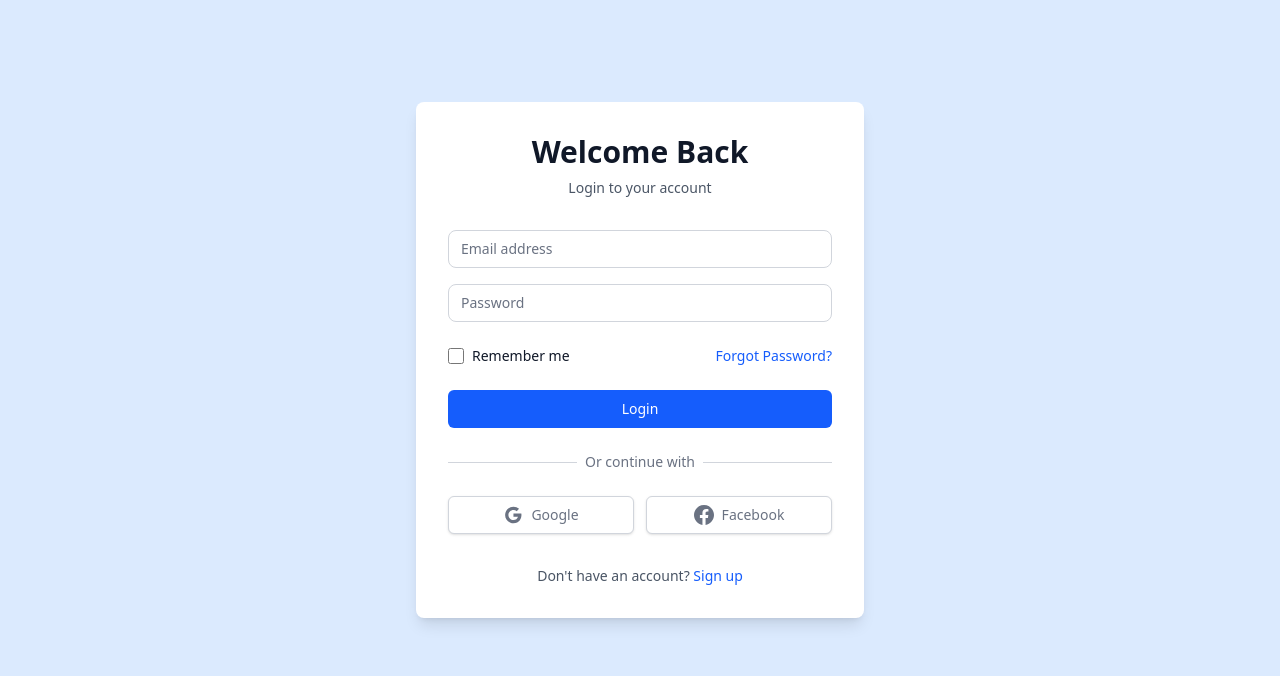
Repository: iamsirajacharya/FYP_Photographer_Booking_system
Page: /login (app in FrontEnd/)
An editor plug-in stored every save of this project. The page is shown before and after a run of saves, followed by the edit.
The browser window is 1280 px wide. The pictures show the whole page.
The project was rebuilt for these pictures with package versions that can differ from the ones it lists, and the page was loaded fresh each time. Also part of the build but not shown: FrontEnd/src/components/Authentication/Register.jsx, FrontEnd/src/components/Dashboard/Banner.jsx, FrontEnd/src/components/Dashboard/Navbar.jsx, FrontEnd/src/components/Dashboard/Home.jsx.

Above is the page before, as saved 2025-02-22 23:16:07.

### FrontEnd/index.html
<!DOCTYPE html>
<html lang="en">
  <head>
    <meta charset="UTF-8" />
    <link rel="icon" type="image/svg+xml" href="/vite.svg" />
    <meta name="viewport" content="width=device-width, initial-scale=1.0" />
    <title>Vite + React</title>
    <link href="/src/index.css" rel="stylesheet" />
  </head>
  <body>
    <div id="root"></div>
    <script type="module" src="/src/main.jsx"></script>
  </body>
</html>

### FrontEnd/src/main.jsx
import React from "react";
import { StrictMode } from "react";
import { createRoot } from "react-dom/client";
import "./index.css";
import App from "./App.jsx";
import { BrowserRouter } from "react-router";

createRoot(document.getElementById("root")).render(
  <BrowserRouter>
    <App />
  </BrowserRouter>
);

### FrontEnd/src/App.jsx
import React from "react";
import { Routes, Route } from "react-router";
import Register from "../src/components/Authentication/Register";
import Home from "../src/components/Dashboard/Home";
import Login from "../src/components/Authentication/Login";

function App() {
  return (
    <Routes>
      <Route path="/" element={<Home />} />
      <Route path="/register" element={<Register />} />
      <Route path="/login" element={<Login />} />
    </Routes>
  );
}

export default App;

### FrontEnd/src/components/Authentication/Login.jsx
import React, { useState } from "react";
import { Link, useNavigate } from "react-router-dom";
import { logo } from "../../assets/logo.jpg";

const Login = () => {
  const navigate = useNavigate();
  const [formData, setFormData] = useState({
    email: "",
    password: "",
    rememberMe: false,
  });
  const [errors, setErrors] = useState({});
  const [isLoading, setIsLoading] = useState(false);

  const validateForm = () => {
    const newErrors = {};

    // Email validation
    if (!formData.email) {
      newErrors.email = "Email is required";
    } else if (!/\S+@\S+\.\S+/.test(formData.email)) {
      newErrors.email = "Please enter a valid email";
    }

    // Password validation
    if (!formData.password) {
      newErrors.password = "Password is required";
    } else if (formData.password.length < 6) {
      newErrors.password = "Password must be at least 6 characters";
    }

    setErrors(newErrors);
    return Object.keys(newErrors).length === 0;
  };

  const handleChange = (e) => {
    const { name, value, type, checked } = e.target;
    setFormData((prev) => ({
      ...prev,
      [name]: type === "checkbox" ? checked : value,
    }));
    // Clear error when user starts typing
    if (errors[name]) {
      setErrors((prev) => ({
        ...prev,
        [name]: "",
      }));
    }
  };

  const handleSubmit = async (e) => {
    e.preventDefault();

    if (!validateForm()) {
      return;
    }

    setIsLoading(true);
    try {
      // Simulate API call
      await new Promise((resolve) => setTimeout(resolve, 1000));

      // Handle successful login
      console.log("Login successful");
      navigate("/dashboard");
    } catch (error) {
      setErrors({
        submit: "Failed to login. Please try again.",
      });
    } finally {
      setIsLoading(false);
    }
  };

  const handleSocialLogin = (provider) => {
    console.log(`Logging in with ${provider}`);
    // Implement social login logic here
  };

  return (
    <div className="min-h-screen flex items-center justify-center bg-blue-100 py-12 px-4 sm:px-6 lg:px-8">
      <div className="max-w-md w-full space-y-8 bg-white p-8 rounded-lg shadow-lg">
        <div className="text-center">
          <img src="" alt="" />
          <h2 className="text-3xl font-bold text-gray-900">Welcome Back</h2>
          <p className="mt-2 text-sm text-gray-600">Login to your account</p>
        </div>

        <form className="mt-8 space-y-6" onSubmit={handleSubmit}>
          <div className="space-y-4">
            <div>
              <label htmlFor="email" className="sr-only">
                Email address
              </label>
              <div className="relative">
                <input
                  id="email"
                  name="email"
                  type="email"
                  value={formData.email}
                  onChange={handleChange}
                  className={`appearance-none rounded-lg relative block w-full px-3 py-2 border ${
                    errors.email ? "border-red-500" : "border-gray-300"
                  } placeholder-gray-500 text-gray-900 focus:outline-none focus:ring-blue-500 focus:border-blue-500 focus:z-10 sm:text-sm`}
                  placeholder="Email address"
                />
                {errors.email && (
                  <p className="mt-1 text-xs text-red-500">{errors.email}</p>
                )}
              </div>
            </div>

            <div>
              <label htmlFor="password" className="sr-only">
                Password
              </label>
              <div className="relative">
                <input
                  id="password"
                  name="password"
                  type="password"
                  value={formData.password}
                  onChange={handleChange}
                  className={`appearance-none rounded-lg relative block w-full px-3 py-2 border ${
                    errors.password ? "border-red-500" : "border-gray-300"
                  } placeholder-gray-500 text-gray-900 focus:outline-none focus:ring-blue-500 focus:border-blue-500 focus:z-10 sm:text-sm`}
                  placeholder="Password"
                />
                {errors.password && (
                  <p className="mt-1 text-xs text-red-500">{errors.password}</p>
                )}
              </div>
            </div>
          </div>

          <div className="flex items-center justify-between">
            <div className="flex items-center">
              <input
                id="remember-me"
                name="rememberMe"
                type="checkbox"
                checked={formData.rememberMe}
                onChange={handleChange}
                className="h-4 w-4 text-blue-600 focus:ring-blue-500 border-gray-300 rounded"
              />
              <label
                htmlFor="remember-me"
                className="ml-2 block text-sm text-gray-900"
              >
                Remember me
              </label>
            </div>

            <div className="text-sm">
              <Link
                to="/forgot-password"
                className="font-medium text-blue-600 hover:text-blue-500"
              >
                Forgot Password?
              </Link>
            </div>
          </div>

          {errors.submit && (
            <p className="text-sm text-center text-red-500">{errors.submit}</p>
          )}

          <button
            type="submit"
            disabled={isLoading}
            className="group relative w-full flex justify-center py-2 px-4 border border-transparent text-sm font-medium rounded-md text-white bg-blue-600 hover:bg-blue-700 focus:outline-none focus:ring-2 focus:ring-offset-2 focus:ring-blue-500 disabled:opacity-50"
          >
            {isLoading ? (
              <span className="flex items-center">
                <svg
                  className="animate-spin -ml-1 mr-3 h-5 w-5 text-white"
                  xmlns="http://www.w3.org/2000/svg"
                  fill="none"
                  viewBox="0 0 24 24"
                >
                  <circle
                    className="opacity-25"
                    cx="12"
                    cy="12"
                    r="10"
                    stroke="currentColor"
                    strokeWidth="4"
                  ></circle>
                  <path
                    className="opacity-75"
                    fill="currentColor"
                    d="M4 12a8 8 0 018-8V0C5.373 0 0 5.373 0 12h4zm2 5.291A7.962 7.962 0 014 12H0c0 3.042 1.135 5.824 3 7.938l3-2.647z"
                  ></path>
                </svg>
                Loading...
              </span>
            ) : (
              "Login"
            )}
          </button>

          <div className="mt-6">
            <div className="relative">
              <div className="absolute inset-0 flex items-center">
                <div className="w-full border-t border-gray-300"></div>
              </div>
              <div className="relative flex justify-center text-sm">
                <span className="px-2 bg-white text-gray-500">
                  Or continue with
                </span>
              </div>
            </div>

            <div className="mt-6 grid grid-cols-2 gap-3">
              <button
                type="button"
                onClick={() => handleSocialLogin("Google")}
                className="w-full inline-flex justify-center py-2 px-4 border border-gray-300 rounded-md shadow-sm bg-white text-sm font-medium text-gray-500 hover:bg-gray-50"
              >
                <svg className="w-5 h-5" viewBox="0 0 24 24">
                  <path
                    fill="currentColor"
                    d="M12.545,10.239v3.821h5.445c-0.712,2.315-2.647,3.972-5.445,3.972c-3.332,0-6.033-2.701-6.033-6.032s2.701-6.032,6.033-6.032c1.498,0,2.866,0.549,3.921,1.453l2.814-2.814C17.503,2.988,15.139,2,12.545,2C7.021,2,2.543,6.477,2.543,12s4.478,10,10.002,10c8.396,0,10.249-7.85,9.426-11.748L12.545,10.239z"
                  />
                </svg>
                <span className="ml-2">Google</span>
              </button>

              <button
                type="button"
                onClick={() => handleSocialLogin("Facebook")}
                className="w-full inline-flex justify-center py-2 px-4 border border-gray-300 rounded-md shadow-sm bg-white text-sm font-medium text-gray-500 hover:bg-gray-50"
              >
                <svg
                  className="w-5 h-5"
                  fill="currentColor"
                  viewBox="0 0 24 24"
                >
                  <path d="M24 12.073c0-6.627-5.373-12-12-12s-12 5.373-12 12c0 5.99 4.388 10.954 10.125 11.854v-8.385H7.078v-3.47h3.047V9.43c0-3.007 1.792-4.669 4.533-4.669 1.312 0 2.686.235 2.686.235v2.953H15.83c-1.491 0-1.956.925-1.956 1.874v2.25h3.328l-.532 3.47h-2.796v8.385C19.612 23.027 24 18.062 24 12.073z" />
                </svg>
                <span className="ml-2">Facebook</span>
              </button>
            </div>
          </div>
        </form>

        <p className="mt-8 text-center text-sm text-gray-600">
          Don't have an account?{" "}
          <Link
            to="/signup"
            className="font-medium text-blue-600 hover:text-blue-500"
          >
            Sign up
          </Link>
        </p>
      </div>
    </div>
  );
};

export default Login;

Loaded but not shown: FrontEnd/src/index.css (common file)

After the next 2 saves:
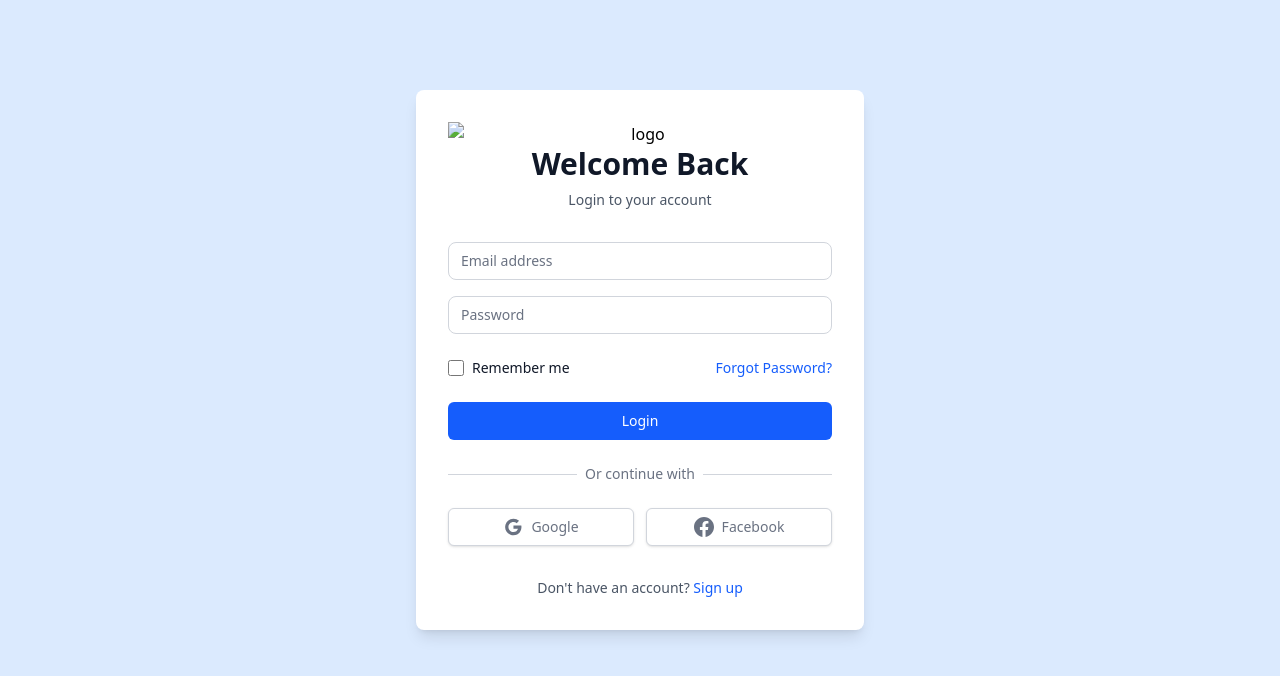
The 2 saves are shown as one change because they came seconds apart.
The last was saved 14 s later.
--- a/FrontEnd/src/components/Authentication/Login.jsx
+++ b/FrontEnd/src/components/Authentication/Login.jsx
@@ -81,7 +81,7 @@ const Login = () => {
     <div className="min-h-screen flex items-center justify-center bg-blue-100 py-12 px-4 sm:px-6 lg:px-8">
       <div className="max-w-md w-full space-y-8 bg-white p-8 rounded-lg shadow-lg">
         <div className="text-center">
-          <img src="" alt="" />
+          <img src={logo} alt="logo" />
           <h2 className="text-3xl font-bold text-gray-900">Welcome Back</h2>
           <p className="mt-2 text-sm text-gray-600">Login to your account</p>
         </div>
